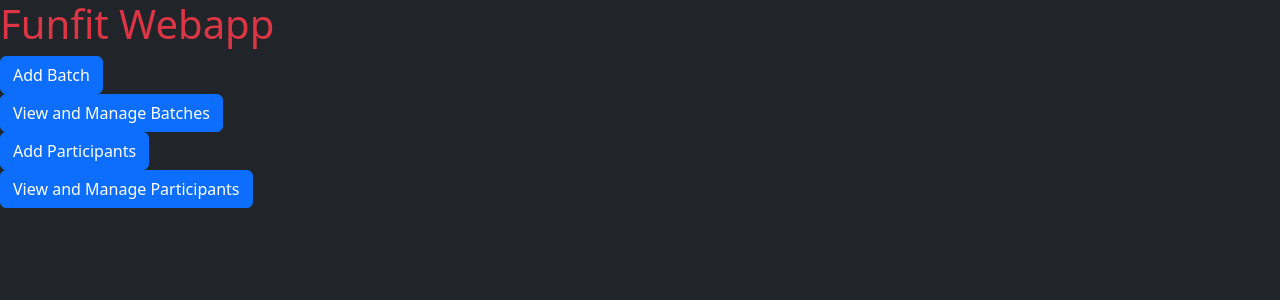
Repository: Jannis-Buschhaus/simplilearn-assessment-phase2
Page: http://localhost/FunfitWebapp/
The author's editor kept a copy of each file at every save. The page is drawn from the files as they stood at one save, then again after the next save.
The browser window is 1280 px wide. The pictures show the whole page.
The page is served by Tomcat 9. Other server files are loaded and not shown.

Above is the page before, as saved 2024-05-30 14:17:04.

### FunfitWebapp/src/main/webapp/index.jsp
<%@ page language="java" contentType="text/html; charset=UTF-8"
    pageEncoding="UTF-8"%>
<%@ taglib prefix="c" uri="http://java.sun.com/jsp/jstl/core" %>
<!DOCTYPE html>
<html>
<head>
<meta charset="UTF-8">
<title>Funfit</title>
<link href="https://cdn.jsdelivr.net/npm/bootstrap@5.3.3/dist/css/bootstrap.min.css" rel="stylesheet" integrity="sha384-QWTKZyjpPEjISv5WaRU9OFeRpok6YctnYmDr5pNlyT2bRjXh0JMhjY6hW+ALEwIH" crossorigin="anonymous">
</head>
<body class="bg-dark">
	<h1 class="text-danger">Funfit Webapp</h1>
	<a class="btn btn-primary" href="addBatch.jsp">Add Batch</a><br />
	<a class="btn btn-primary" href="BatchController">View and Manage Batches</a><br />
	<a class="btn btn-primary" href="ParticipantsController?target=addParticipant">Add Participants</a><br />
	<a class="btn btn-primary" href="ParticipantsController?target=viewParticipant">View and Manage Participants</a><br />
</body>
</html>

After the next save:
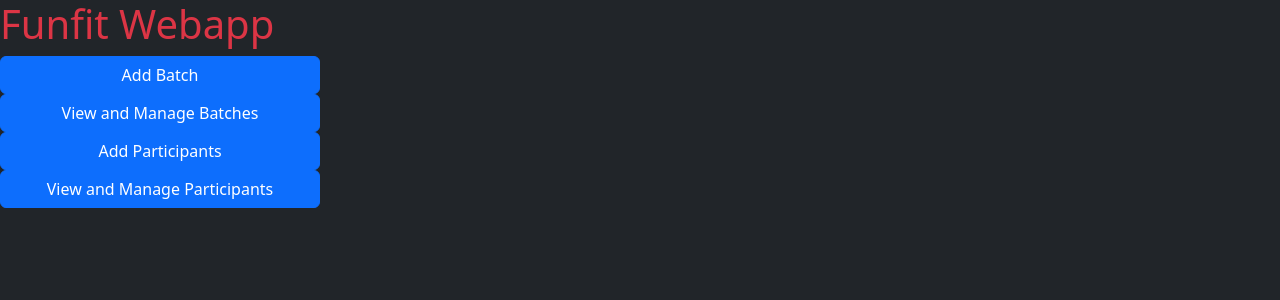
Saved 63 s later.
--- a/FunfitWebapp/src/main/webapp/index.jsp
+++ b/FunfitWebapp/src/main/webapp/index.jsp
@@ -10,9 +10,9 @@
 </head>
 <body class="bg-dark">
 	<h1 class="text-danger">Funfit Webapp</h1>
-	<a class="btn btn-primary" href="addBatch.jsp">Add Batch</a><br />
-	<a class="btn btn-primary" href="BatchController">View and Manage Batches</a><br />
-	<a class="btn btn-primary" href="ParticipantsController?target=addParticipant">Add Participants</a><br />
-	<a class="btn btn-primary" href="ParticipantsController?target=viewParticipant">View and Manage Participants</a><br />
+	<a class="btn btn-primary w-25" href="addBatch.jsp">Add Batch</a><br />
+	<a class="btn btn-primary w-25" href="BatchController">View and Manage Batches</a><br />
+	<a class="btn btn-primary w-25" href="ParticipantsController?target=addParticipant">Add Participants</a><br />
+	<a class="btn btn-primary w-25" href="ParticipantsController?target=viewParticipant">View and Manage Participants</a><br />
 </body>
 </html>
